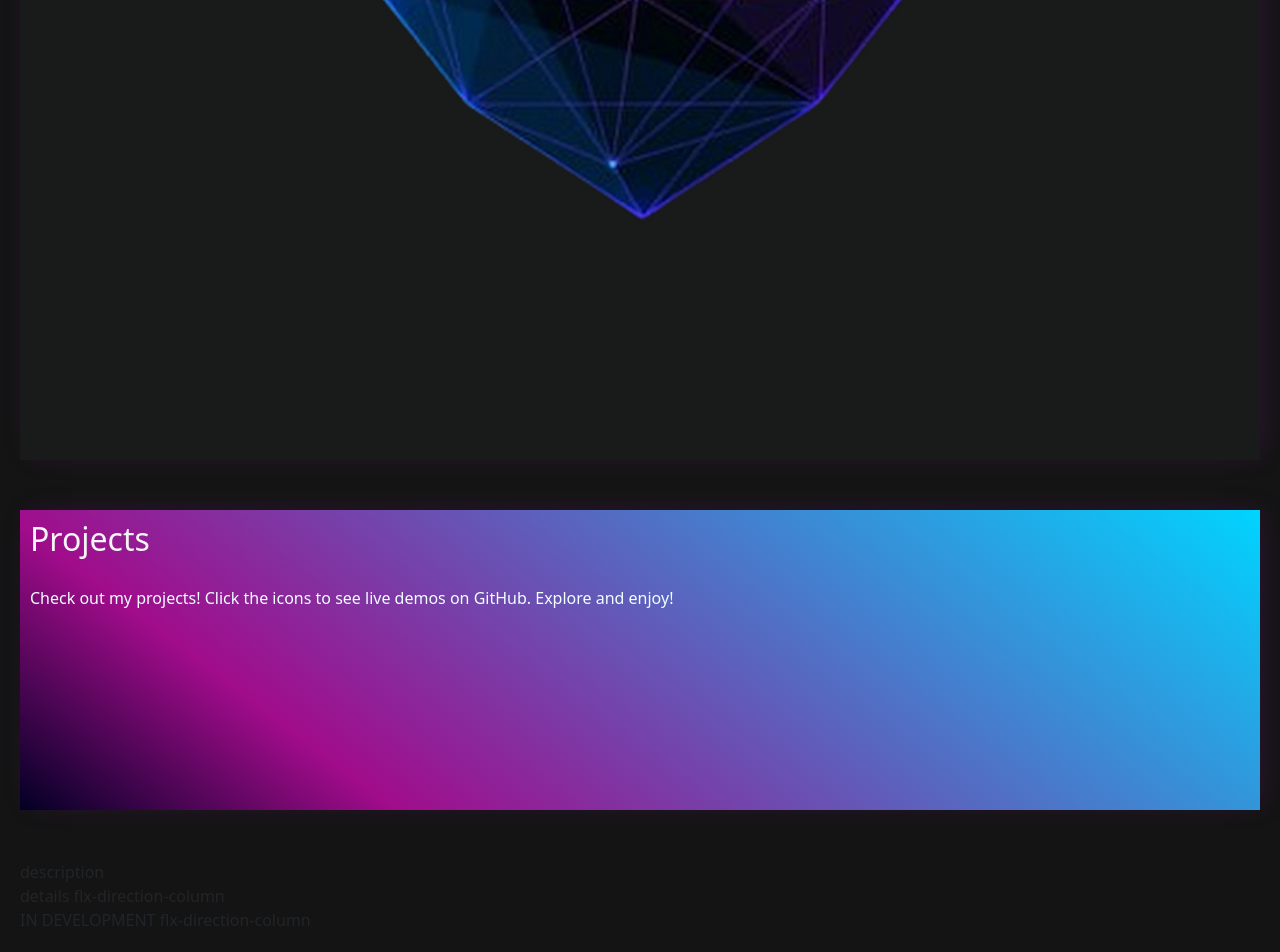
Repository: Sebastiand22/portfolio
Page: index.html
An editor plug-in stored every save of this project. The page is shown before and after a run of saves, followed by the edit.
The browser window is 1280 px wide. The pictures show the part of the page from y = 2712 to 3664 px (the page is 3664 px tall before and 3616 px after).

Above is the page before, as saved 2024-09-15 00:58:22.

After the next 5 saves:
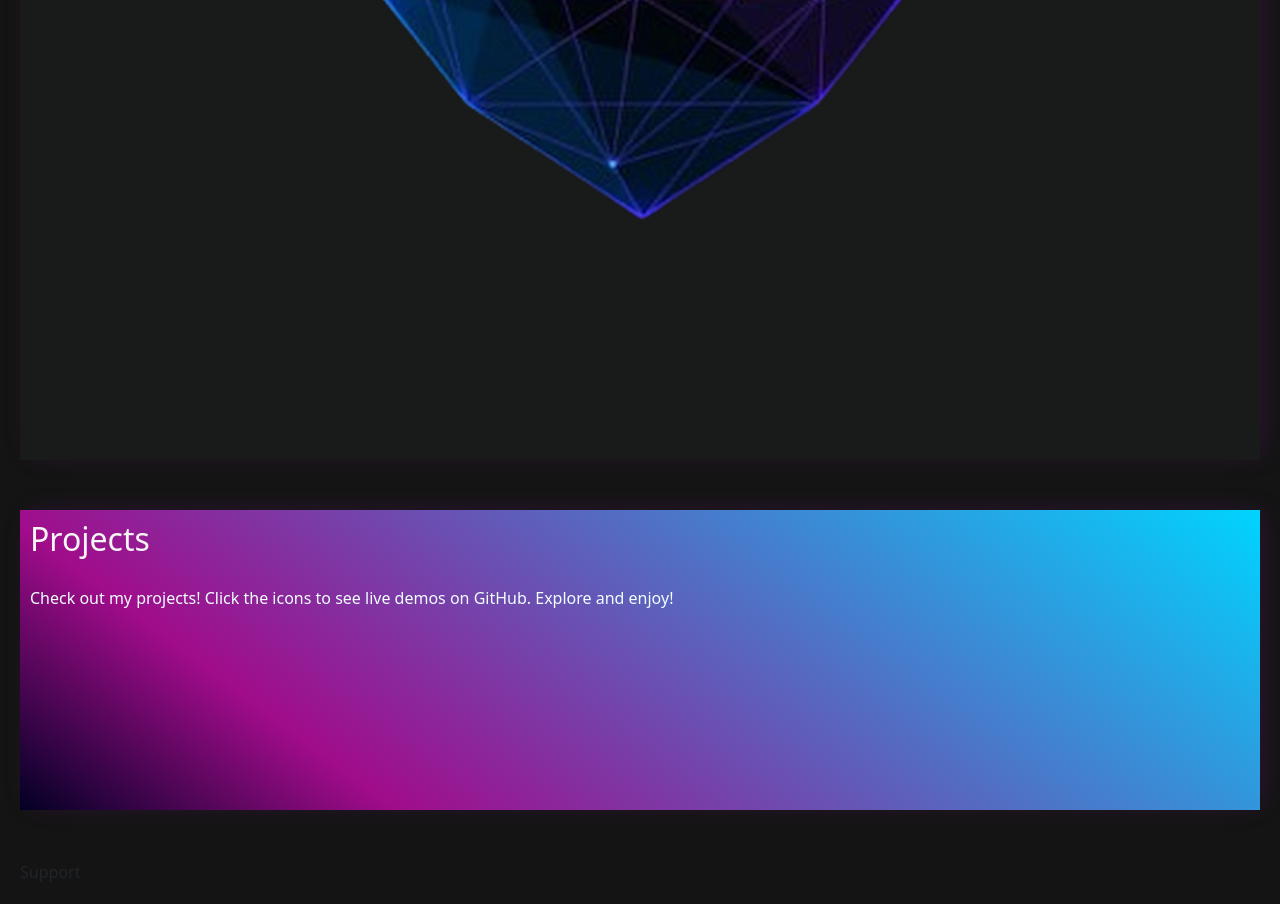
The 5 saves are shown as one change because they came seconds apart.
The last was saved 26 s later.
--- a/index.html
+++ b/index.html
@@ -208,21 +208,7 @@
       <!-- FOOTER SECTION -->
       <section class="footer" id="contact">
         <div class="footer-section">
-  <div class="something">
-  </div>
-
-
-<div>
-          <span> description</span>
-          <div> details
-            flx-direction-column
-          </div>
-          <div>IN DEVELOPMENT
-            flx-direction-column
-          </div>
-
-
-        </div>
+  <div>Support </div>
       </section>
     </section>
 
